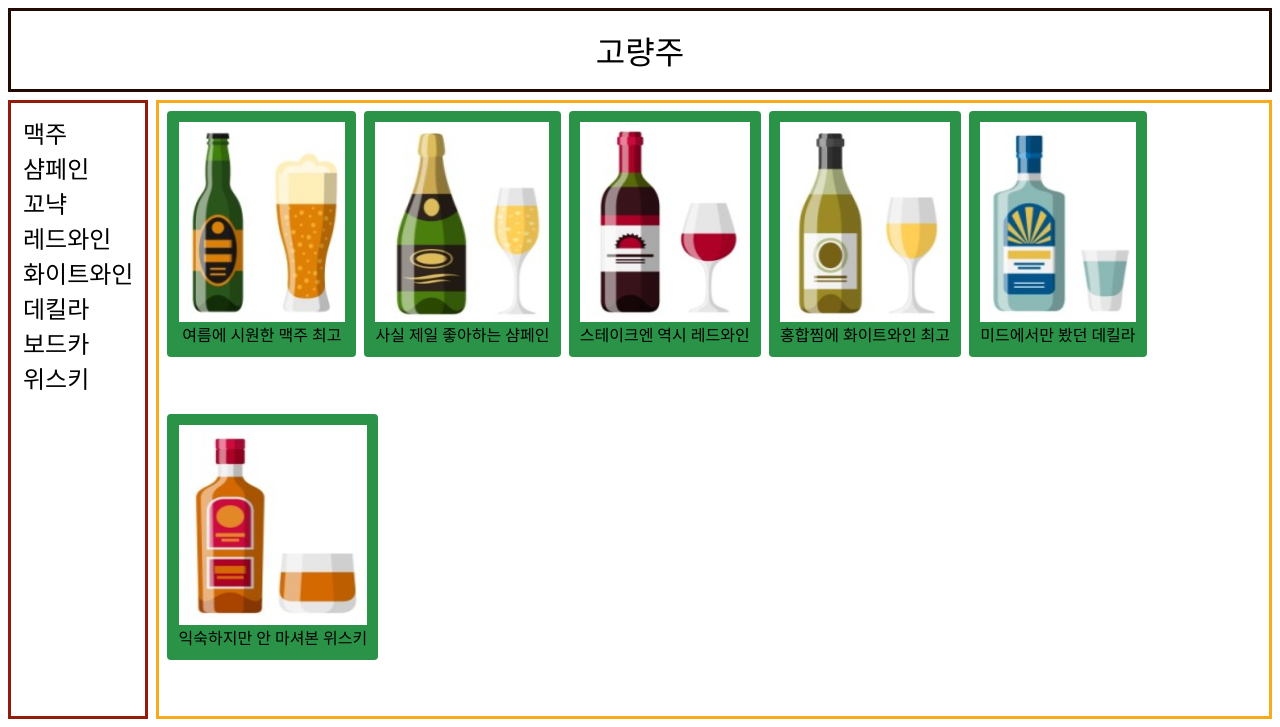
Repository: Jay-JYKim91/grj_2nd_week
Page: index.html
The author's editor kept a copy of each file at every save. The page is drawn from the files as they stood at one save, then again after the next save.
The browser window is 1280 px wide. The pictures show the whole page.
Some web fonts or font styles are not loaded; a fallback is used.

Above is the page before, as saved 2022-05-03 14:43:52.

### index.html
<!DOCTYPE html>
<html lang="en">
<head>
    <meta charset="UTF-8">
    <meta http-equiv="X-UA-Compatible" content="IE=edge">
    <meta name="viewport" content="width=device-width, initial-scale=1.0">
    <title>Document</title>
    <link rel="stylesheet" href="./styles.css">
</head>
<body>
    <header>
        <span>고량주</span>
    </header>
    <main>
        <aside>
            <span>맥주</span>
            <span>샴페인</span>
            <span>꼬냑</span>
            <span>레드와인</span>
            <span>화이트와인</span>
            <span>데킬라</span>
            <span>보드카</span>
            <span>위스키</span>
        </aside>
        <section class="cards">
            <div class="card">
                <img src="./images/beer.png" alt="beer">
                <span>여름에 시원한 맥주 최고</span>
            </div>
            <div class="card">
                <img src="./images/champagne.png" alt="champagne">
                <span>사실 제일 좋아하는 샴페인</span>
            </div>
            <div class="card">
                <img src="./images/red_wine.png" alt="red_wine">
                <span>스테이크엔 역시 레드와인</span>
            </div>
            <div class="card">
                <img src="./images/white_wine.png" alt="white_wine">
                <span>홍합찜에 화이트와인 최고</span>
            </div>
            <div class="card">
                <img src="./images/tequila.png" alt="tequila">
                <span>미드에서만 봤던 데킬라</span>
            </div>
            <div class="card">
                <img src="./images/whiskey.png" alt="whiskey">
                <span>익숙하지만 안 마셔본 위스키</span>
            </div>
        </section>
    </main>
</body>
</html>

### styles.css
@import url("https://fonts.googleapis.com/css2?family=Hahmlet:wght@400;500&display=swap");

* {
  box-sizing: border-box;
  font-family: "Hahmlet", serif;
}

header {
  border: 3px solid #220901;
  padding: 0.5em;
  font-size: 2rem;
  text-align: center;
}

main {
  display: flex;
  margin: 0.5rem 0;
  gap: 0.5rem;
}

aside {
  display: flex;
  flex-direction: column;
  border: 3px solid #941b0c;
  padding: 0.5em;
  font-size: 1.5rem;
  min-width: max-content;
}

.cards {
  display: flex;
  flex-wrap: wrap;
  border: 3px solid #f6aa1c;
  padding: 0.5em;
  gap: 0.5em;
  overflow-y: scroll;
  height: 86vh;
  width: 100%;
}

.card {
  display: flex;
  flex-direction: column;
  background-color: #2b9348;
  padding: 0.7em;
  text-align: center;
  height: fit-content;
  border-radius: 4px;
}

.card img {
  height: 200px;
}

After the next save:
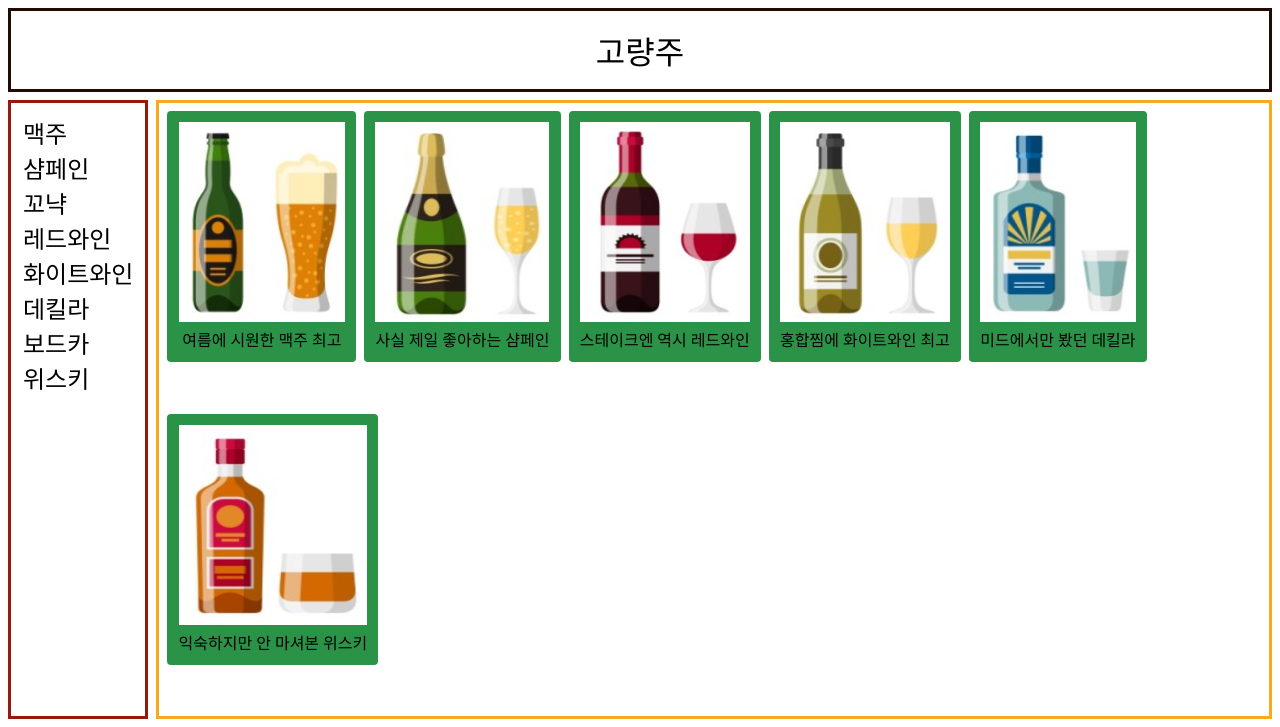
Saved 48 s later.
--- a/styles.css
+++ b/styles.css
@@ -50,4 +50,5 @@ aside {
 
 .card img {
   height: 200px;
+  margin-bottom: 0.3em;
 }
